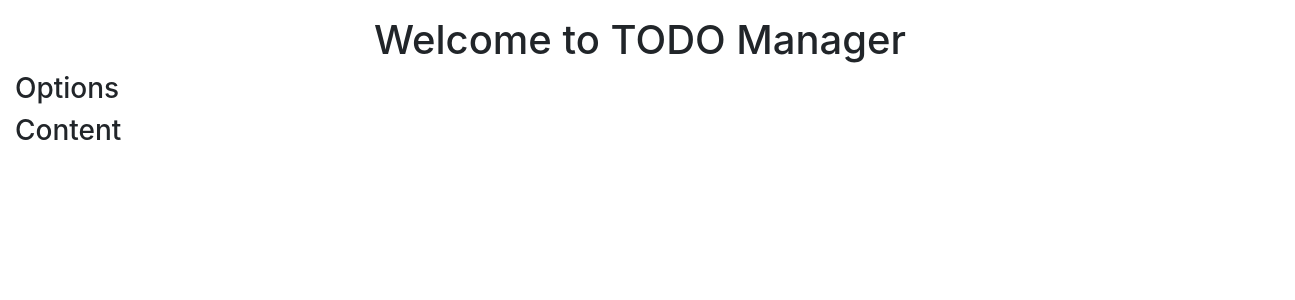
Repository: HarshViijay/spring-boot
Page: http://localhost/springmvcnew/home
The author's editor kept a copy of each file at every save. The page is drawn from the files as they stood at one save, then again after the next save.
The browser window is 1280 px wide. The page is 1280 px wide, then 1295 px, so the pictures cover 1295 px, including what lies to the right of the window. The pictures show the whole page.
Some web libraries are served in a nearby version. The page is served by Tomcat 9.

Above is the page before, as saved 2023-03-11 18:10:49.

After the next save:
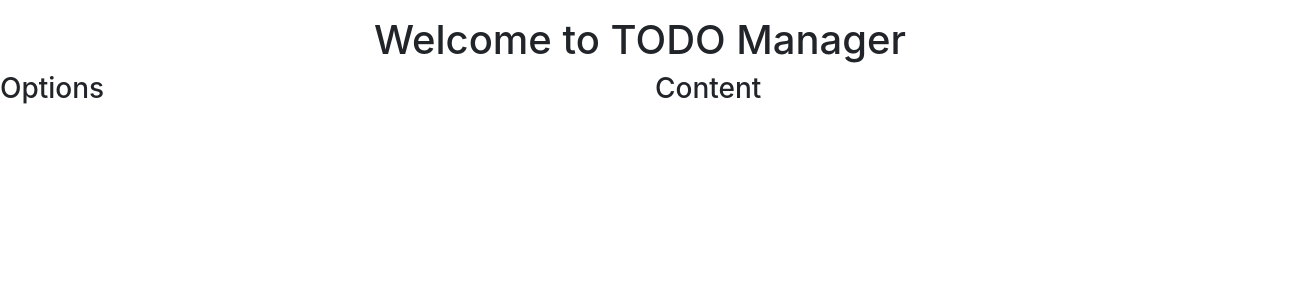
Saved 119 s later.
--- a/springmvcnew/src/main/webapp/WEB-INF/pages/home.jsp
+++ b/springmvcnew/src/main/webapp/WEB-INF/pages/home.jsp
@@ -14,15 +14,17 @@
   </head>
   <body>
 
-  <div class="cotainer mt-3">
+  <div class="cotainer mt-3 ">
   	<h1 class="text-center">Welcome to TODO Manager</h1>
 
+  	<div class="row">
   	<div class="col-md-6">
   		<h3>Options</h3>
   	</div>
 
   	<div class="col-md-6">
   		<h3>Content</h3>
+  	</div>
   	</div>
   </div>
 
